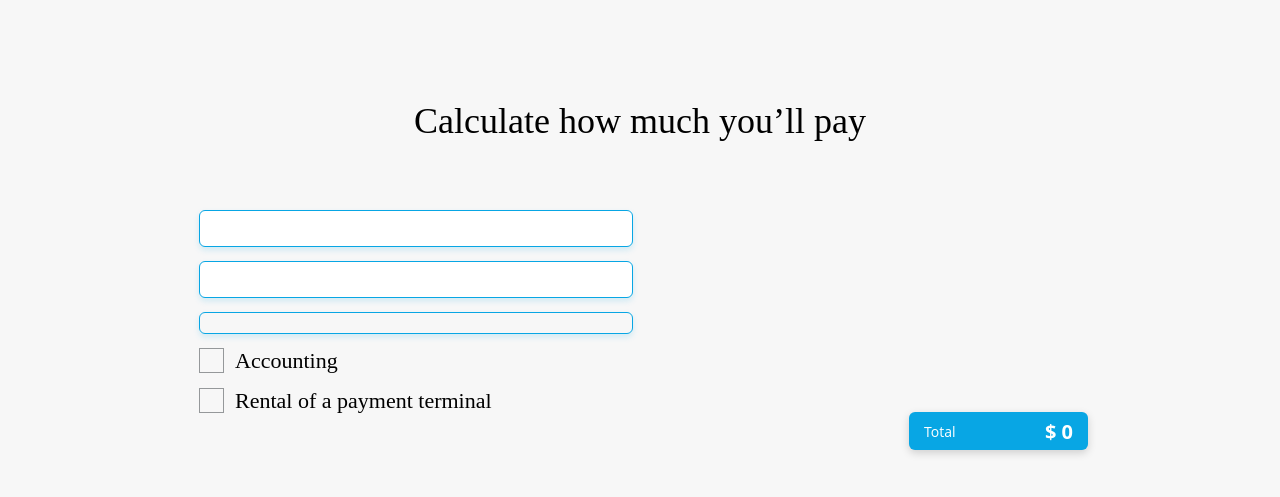
Repository: VolodymyrDubnytskyi/BestShop_project
Page: inedx2.html
An editor plug-in stored every save of this project. The page is shown before and after the next save, followed by the edit.
The browser window is 1280 px wide. The pictures show the whole page.

Above is the page before, as saved 2020-01-20 19:55:49.

### inedx2.html
<!DOCTYPE html>
<html lang="en">

<head>
    <meta charset="UTF-8">
    <meta name="viewport" content="width=device-width, initial-scale=1.0">
    <meta http-equiv="X-UA-Compatible" content="ie=edge">
    <title>Document</title>
    <link rel="stylesheet" href="css/style.css">

</head>

<body>
    <div class="calculate-bg">
        <section class="calculate-main">
            <h2 class="calculate-heading">Calculate how much you’ll pay</h2>
            <form action="" class="calculate-form">

                <div class="calculate-box calculate-box-inputs">
                    <input type="number" name="productsQuantity" id="quantity">
                    <input type="number" name="ordersInmonth" id="inMonth">
                    <div class="custom-select-box">
                        <select name="package" id="package" class="selcet-package" aria-placeholder="Products quantity">
                                <option class="disable-option" disabled selected> Choose package</option>
                                <option value="basic">Basic</option>
                                <option value="professional">Professional</option>
                                <option value="premium">Premium</option>
                        </select>
                    </div>

                    <label class="container-new-chekbox container-new-chekbox-accounting ">
                        <input type="checkbox" id="checkboxAccounting">
                        <span class="checkmark"></span>
                        Accounting
                    </label>
                    <label class="container-new-chekbox container-new-chekbox-rental">
                        <input type="checkbox" name="" id="checkboxRental">
                        <span class="checkmark"></span>
                        Rental of a payment terminal
                    </label>


                </div>
            </form>
            <div class="calculate-box calculate-box-value">
                <div id="valueProducts">
                    <span id="products"></span>
                    <span id="productsCalculate"></span>
                    <span id="productsSum"></span>
                </div>
                <div id="valueOrders">
                    <span class="orders"></span>
                    <span class="ordersCalculate"></span>
                    <span class="ordersSum"></span>
                </div>
                <div id="valuePackage">
                    <span class="selectPackage"></span>
                    <span class="selectPackageCalculate"></span>
                    <span class=' selectPackageSum'></span>
                </div>
                <div id="valueAccounting">
                    <span class="accounting"></span>
                    <span class="accountingSum"></span>
                </div>
                <div id="valueTerminal">
                    <span class="terminal"></span>
                    <span class="terminalSum"></span>
                </div>

                <button id="submit" class="btn-submit"> <span class="spant-total-btn">Total</span><span>$ <span  class="for-new-el">0</span> </span></button>
            </div>

        </section>

    </div>
    <script src="js/main.js"></script>
</body>

</html>

### css/style.css
* {
  box-sizing: border-box;
  text-decoration: none;
  margin: 0;
  padding: 0;
}

/* * HEADER SECTION */
header {
  background: url(../img/Background.png) no-repeat center bottom/contain;
  height: 912px;
  width: 100%;
  position: relative;
}
.navbar-container {
  display: flex;
  justify-content: space-between;
  align-items: center;
  height: 100%;
}
.container {
  max-width: 1354px;
  margin: auto;
}
.navbar {
  background: #fff;
  box-shadow: 0px 3px 6px #00000029;
  height: 70px;
  margin-bottom: 138px;
}
.ul-list-nav {
  display: flex;
}
.ul-list-nav li {
  margin: 0 47px;
}
.ul-list-nav li:last-child {
  margin-right: 0;
}
.ul-list-nav li a {
  font: Bold 11px/15px "Open Sans";
  letter-spacing: 3.28px;
  color: #a5a5a5;
  text-transform: uppercase;
  padding: 28px 0 25px 0;
}
.ul-list-nav li a:hover {
  border: none;
  border-bottom: 4px solid #08a6e4;
  color: #000;
}
.logo {
  text-align: left;
  font-size: 32px;
  font-family: "Raleway", sans-serif;
  letter-spacing: 0;
  color: #08a6e4;
  line-height: 38px;
}
/* toggle menu navbar */
.toggle-menu {
  display: none;
  cursor: pointer;
}
.toggle-menu span {
  width: 36px;
  height: 4px;
  background: #07ace6;
  display: block;
  margin-bottom: 8px;
  transition: 0.5s;
  position: relative;
}
.toggle-menu span:nth-child(1) {
  transform-origin: left;
}
.toggle-menu span:nth-child(2) {
  transform-origin: center;
}
.toggle-menu span:nth-child(3) {
  transform-origin: left;
}

.toggle-menu.active-toggle span:nth-child(1) {
  transform: rotate(45deg);
  left: 2px;
}
.toggle-menu.active-toggle span:nth-child(2) {
  transform: rotate(315deg);
  right: 2px;
}
.toggle-menu.active-toggle span:nth-child(3) {
  transform: scaleX(0);
}

.toggle-mobil-active {
  display: block;
  width: 100%;
  height: 176px;
  position: absolute;
  top: -999px;
  background: #ffffff 0% 0% no-repeat padding-box;
  box-shadow: 0px 3px 6px #00000029;
  transition-duration: 0.3s;
}
.toggle-mobil-active .toggle-list {
  display: flex;
  flex-direction: column;
  width: 100%;
  height: 100%;
  padding: 5%;
  letter-spacing: 3.28px;
}

.toggle-list li a {
  font: Bold 11px/15px "Open Sans";
  color: #a5a5a5;
  text-transform: uppercase;
  width: 100%;
  height: 100%;
  display: inline-block;
  padding: 7px 0;
}
.toggle-mobil-active .toggle-list li:hover a {
  color: #000000;
}

/* *Bg-img + h1 content */
.section-for-h1 {
  display: flex;
  justify-content: center;
  align-items: flex-start;
}
h1 {
  text-align: center;
  font: 49px/59px;
  font-size: 49px;
  line-height: 59px;
  font-weight: 550;
  font-family: "Raleway", sans-serif;
  letter-spacing: 0;
  color: #000000;
}
.text-under-h1-line {
  text-align: center;
  font: 400 16px/22px "Open Sans";
  letter-spacing: 0;
  color: #000000;
  margin: 20px 0 38px 0;
}
.open-your-shop-btn {
  background: #08a6e4 0% 0% no-repeat padding-box;
  box-shadow: 5px 10px 14px #07ace629;
  border-radius: 40px;
  font: Bold 16px/22px "Open Sans";
  letter-spacing: 0;
  color: #fff;
  padding: 23px 157px;
}
.open-your-shop-btn:hover {
  background: rgb(7, 134, 184);
  box-shadow: 5px 10px 14px rgba(5, 124, 167, 0.394);
}
/* bg-img */
.sales-platform {
  text-align: center;
  height: 454px;
}
.sales-platform-main-box {
  display: flex;
  justify-content: space-around;
  margin-top: 100px;
}
.sales-platform-boxes {
  position: relative;
  width: 167px;
  height: 176px;
}
.sales-platform-boxes * {
  padding: 10px;
}
.sales-platform-heading {
  flex-basis: 100%;
  text-align: center;
  font: 400 36px/43px "Raleway";
  letter-spacing: 0;
  color: #000000;
}

.circle {
  height: 62px;
  width: 62px;
  border-radius: 50%;
  margin: 10px auto;
}
.circle-red {
  background: #fb3b64 0% 0% no-repeat padding-box;
}
.circle-blue {
  background: #08a6e4 0% 0% no-repeat padding-box;
}
.circle-green {
  background: #55dfb4 0% 0% no-repeat padding-box;
}
/* icons absolute */
.img-absolut {
  position: absolute;
  right: 26px;
  top: 7px;
}
.absotul-img-mid {
  top: 12px;
}

.sales-platform-box-content {
  text-align: center;
  font: 400 17px/20px "Raleway";
  letter-spacing: 0;
  color: #a5a5a5;
}
/* Main */
main {
  background: #f7f7f7 0% 0% no-repeat padding-box;
  /* height: 1395px; */
}
main hr {
  width: 84%;
  height: 0px;
  margin-left: 35px;
}
main h2 {
  text-align: left;
  font: 550 36px/43px "Raleway";
  letter-spacing: 0;
  color: #000000;
}
main p {
  text-align: left;
  font: 400 16px/22px "Open Sans";
  letter-spacing: 0;
  color: #000000;
}
.main-content-boxes {
  height: 370px;
  width: 100%;
  display: flex;
  background-color: #fff;
  margin-bottom: 37px;
  border: 1px solid #e8e9ed;
  border-radius: 5px;
}
.main-content-boxes:last-child {
  margin: 0;
}
.main-content-container {
  max-width: 1354px;
  height: 100%;
  padding: 105px 115px;
}
.main-content-info-box {
  width: 50%;
}
.main-content-img-box {
  width: 50%;
  position: relative;
  display: flex;
  justify-content: center;
}
.rhombus-div {
  width: 180px;
  height: 180px;
  transform: matrix(0.71, 0.71, -0.71, 0.71, 0, 0);
  background: #fb3b64 0% 0% no-repeat padding-box;
  border-radius: 41px;
  margin-left: 229px;
  margin-top: 68px;
}
.main-content-info-box h2 {
  padding: 97px 0 0 35px;
}
.main-content-info-box p {
  padding: 30px 133px 50px 35px;
}
.main-content-img {
  position: absolute;
  bottom: 0;
  padding-bottom: 10%;
}
.hr-for-first-box {
  border: 4px solid #fb3b64;
}

/* Acrticle 2 in main ceontent */
.blue-circle {
  width: 320px;
  height: 320px;
  background: #07ace6 0% 0% no-repeat padding-box;
  border-radius: 50%;
}
.main-content-boxes .main-content-img-box:nth-child(1) {
  align-items: center;
  justify-content: center;
}
.main-content-img-phone {
  padding: 0;
}
h2.main-h2-second-arcticle {
  padding: 75px 198px 0 35px;
}
.hr-for-second-box {
  border: 4px solid #08a6e4;
}
/* LAST BOXES */
.main-content-boxes-split-for-two {
  background-color: #f7f7f7;
  border: none;
}
.maint-contet-last-box-one {
  width: 623px;
  height: 370px;
  margin-right: 70px;
  background-color: #fff;
  border: 1px solid #e8e9ed;
  border-radius: 5px;
}
.maint-contet-last-box-second {
  width: 440px;
  height: 370px;
  background-color: #fff;
  border: 1px solid #e8e9ed;
  border-radius: 5px;
  background: #55dfb4 0% 0%;
  display: flex;
  justify-content: center;
  align-items: center;
  background-image: url(../img/Trumpet.png);
  background-repeat: no-repeat;
  background-size: 290px 180px;
  background-position: center ;

}

.maint-contet-last-box-one > h2 {
  padding: 97px 159px 0 35px;
}
.maint-contet-last-box-one > p {
  padding: 30px 15px 40px 35px;
}
.maint-contet-last-box-one > hr {
  border: 4px solid #55dfb4;
}
/* FOOTER: SECTION WHITH PRICES AND FORM */
.pricing-section {
  text-align: center;
}
.pricing-section h2 {
  text-align: center;
  font: 400 36px/43px "Raleway";
  letter-spacing: 0;
  color: #000000;
  margin-top: 106px;
}
.pricing-box-main {
  display: flex;
  justify-content: space-around;
  align-items: center;
  height: 100%;
  margin-top: 50px;
}
.pricing-box-main .pricing-box:first-child {
  border: 1px solid #fb3b64;
}
.pricing-box-main .pricing-box:nth-child(2) {
  border: 1px solid #07ace6;
}
.pricing-box-main .pricing-box:last-child {
  border: 1px solid #55dfb4;
}
.pricing-box {
  height: 461px;
  width: 372px;
  border-radius: 18px;
  display: flex;
  flex-direction: column;
  justify-content: center;
  align-items: center;
  margin: 0 10px;
}
.pricing-box h3 {
  text-align: left;
  font: Bold 20px/41px "Raleway";
  letter-spacing: 0;
  color: #13253b;
}
.pricing-box h4 {
  text-align: left;
  font: 300 46px/41px "Open Sans";
  letter-spacing: 0;
  color: #fb3b64;
  margin: 15px 0 60px 0;
}
.pricing-box-professional h4 {
  color: #07ace6;
}
.pricing-box-premium h4 {
  color: #55dfb4;
}

.pricing-box-content::before,
.pricing-box-content-dont-ofer::before {
  content: "\f00c";
  font-size: 6px;
  font-weight: bold;
  font-family: "Font Awesome 5 Free";
  border: 1px solid #55dfb4;
  margin-right: 7px;
  padding: 2px;
  border-radius: 2px;
  color: #55dfb4;
}
.pricing-box-content-dont-ofer::before {
  content: "\f00d";
  border: 1px solid #eb476e;
  color: #eb476e;
}
.pricing-box-content {
  font: 400 14px/41px "Open Sans";
  letter-spacing: 0;
  color: #000000;
}
.pricing-box .heading-after-limited-offer::after {
  content: "limited ofer";
  font: Bold 12px/1px "Raleway";
  letter-spacing: 0;
  color: #13253b;
  display: block;
  margin-top: 7px;
}
.pricing-box-professional {
  height: 500px;
  width: 405px;
  box-shadow: 5px 10px 27px #07ace629;
}
.pricing-box-professional:hover {
  box-shadow: 5px 10px 34px rgba(6, 125, 169, 0.401);
}
.pricing-box-main .pricing-box-basic:hover {
  box-shadow: 0px 5px 15px #fb3b64;
}
.pricing-box-main .pricing-box-premium:hover {
  box-shadow: 0px 5px 15px #55dfb4;
}
.begin-links {
  text-align: left;
  font: Bold 13px/41px "Open Sans";
  letter-spacing: 0;
  color: #ffffff;
  background: #eb476e;
  border-radius: 23px;
  width: 150px;
  padding: 2px;
  text-align: center;
  position: relative;
  top: 40px;
}
.begin-links-professional {
  top: 59px;
  background: #07ace6;
  box-shadow: 5px 10px 14px #07ace629;
}
.begin-links-premium {
  background: #55dfb4;
}

.pricing-box-heading {
  display: flex;
  justify-content: center;
  align-items: center;
  flex-direction: column;
}
.pricing-container-for-content {
  display: flex;
  flex-direction: column;
  justify-content: center;
  align-items: center;
}
.begin-links-basic:hover {
  background: linear-gradient(rgb(184, 56, 86), #eb476e);
}
.begin-links-professional:hover {
  background: linear-gradient(rgb(5, 111, 150), #07ace6);
}
.begin-links-premium:hover {
  background: linear-gradient(rgb(61, 165, 132), #55dfb4);
}

/* * FORM AND CONTACT SECTION */
.form-main {
  height: 721px;
  display: flex;
  justify-content: center;
  align-items: center;
}
.form-and-questions-box {
  display: flex;
  width: 896px;
}
.questions-box {
  display: flex;
  flex-wrap: wrap;
  flex-basis: 50%;
  height: 210px;
}
.form-box {
  flex-basis: 50%;
}
.form-box form {
  flex-basis: 50%;
  display: flex;
  flex-direction: column;
}
.questions-box h2 {
  font: 550 49px/59px "Raleway";
  letter-spacing: 0;
  color: #000000;
  margin-bottom: 22px;
  flex-basis: 100%;
}
.questions-box p {
  font: 500 16px/22px "Open Sans";
  letter-spacing: 0;
  color: #000000;
  margin-bottom: 42px;
  flex-basis: 100%;
}
.questions-box span {
  font: 500 16px/22px "Open Sans";
  letter-spacing: 0;
  color: #a5a5a5;
  display: flex;
  justify-content: center;
  align-items: center;
}
.questions-box .mail-icon::before {
  content: url(../img/Mail\ Icon.svg);
  padding-right: 12px;
}
.questions-box .phone-icon::before {
  content: url(../img/Phone\ Icon.svg);
  padding-right: 10px;
  margin-left: 24px;
}
/* Form */
form input:nth-child(2n) {
  padding: 20px;
  border: none;
  border-bottom: 1px solid #95989a;
  margin-bottom: 35px;
}
.i-agree-terms {
  display: flex;
}
.container-new-chekbox {
  display: block;
  position: relative;
  margin-right: 35px;
  margin-bottom: 12px;
  cursor: pointer;
  font-size: 22px;
  user-select: none;
}
.container-new-chekbox input {
  position: absolute;
  opacity: 0;
  cursor: pointer;
  height: 0;
  width: 0;
}
.checkmark {
  position: absolute;
  top: 0;
  left: 0;
  height: 25px;
  width: 25px;
  border: 1px solid #95989a;
}
.checkmark:after {
  content: "";
  position: absolute;
  display: none;
}
.container-new-chekbox input:checked ~ .checkmark:after {
  display: block;
}
.container-new-chekbox .checkmark:after {
  left: 4px;
  top: 4px;
  width: 70%;
  height: 70%;
  background: url(../img/Checkmark.svg) no-repeat center/cover;
}
.i-agree-terms div {
  text-align: left;
  font: 400 12px/17px "Open Sans";
  letter-spacing: 0;
  color: #707070;
}
.lables {
  text-align: left;
  font: Bold 11px/15px "Open Sans";
  letter-spacing: 3.28px;
  color: #08a6e4;
  text-transform: uppercase;
}

.btn-send {
  box-shadow: 5px 10px 14px #07ace629;
  border-radius: 35px;
  background: #08a6e4;
  padding: 20px 97px;
  font: Bold 13px/18px "Open Sans";
  letter-spacing: 0;
  color: #fff;
  border: none;
  margin-top: 25px;
  position: relative;
}
.btn-send:hover {
  background: linear-gradient(90deg, rgba(2, 0, 36, 1) 0%, rgba(9, 9, 121, 1) 4%, rgba(8, 166, 228, 1) 100%);
}
.loading {
  display: inline-block;
  width: 40px;
  height: 40px;
  border: 6px solid #fff;
  border-top-color: #08a6e4;
  border-left-color: #08a6e4;
  border-radius: 50%;
  position: absolute;
  top: 20%;
  left: 41%;
  transform: translate(30%, 50%);
  animation: circle 0.9s linear infinite;
}
@keyframes circle {
  0% {
    transform: rotate(0deg);
  }
  100% {
    transform: rotate(360deg);
  }
}
.button-box {
  display: flex;
  justify-content: flex-end;
}
.social-networks-main {
  width: 100%;
  height: 89px;
  background: #f7f7f7;
  box-shadow: 0px -5px 40px #00000029;
}
.social-networks-box {
  height: 100%;
  display: flex;
  justify-content: space-between;
  align-items: center;
}
.logo-footer {
  font: 300 26px/31px "Raleway";
}
.social-networks-logo > p {
  font: 400 11px/15px "Open Sans";
  letter-spacing: 0;
  color: #a5a5a5;
  margin-top: 6px;
}
.social-networks-links a:first-child {
  margin-right: 20px;
}
.social-networks-links a:hover {
  cursor: pointer;
}

/* ///////////////////////////////////////////// */

.calculate-bg {
  background: #f7f7f7;
  display: flex;
  justify-content: center;
  align-items: center;
  height: 550px;
}
.calculate-main {
  display: flex;
  justify-content: center;
  align-items: center;
  flex-wrap: wrap;
  flex-basis: 70%;
  position: relative;
  height: 350px;
}
.calculate-form {
  display: flex;
  flex-basis: 50%;
  height: 100%;
}
.calculate-heading {
  flex-basis: 100%;
  margin-bottom: 60px;
  text-align: center;
  font: 500 36px/43px "Raleway";
  letter-spacing: 0;
  color: #000000;
}
.calculate-box {
  flex-basis: 50%;
  display: flex;
  flex-direction: column;
  background: #f7f7f7;
}
.calculate-box-value {
  height: 100%;
  padding-left: 50px;
}
.calculate-box-inputs {
  flex-basis: 100%;
  position: relative;
}
.calculate-form .calculate-box-inputs input,
.calculate-form .calculate-box-inputs .custom-select-box {
  margin: 7px;
  padding: 10px;
  border: 1px solid #08a6e4;
  box-shadow: 0px 3px 6px #08a6e429;
  border-radius: 6px;
}
.calculate-form .calculate-box-inputs div {
  margin: 7px;
}
.calculate-form .calculate-box-inputs select {
  margin: 0;
  width: 100%;
  outline: none;
}

.calculate-box-value div {
  display: none;
  justify-content: space-between;
  align-items: center;
  background: #55dfb4;
  box-shadow: 0px 3px 6px #00000029;
  border-radius: 6px;
  margin: 3px;
  padding: 10px;
  height: 32px;
  border: none;
  font: 400 14px/19px "Open Sans";
  letter-spacing: 0;
  color: #ffffff;
}
.btn-submit {
  background: #08a6e4;
  box-shadow: 0px 3px 8px #00000029;
  border-radius: 6px;
  border: none;
  width: 179px;
  height: 38px;
  position: absolute;
  right: 0;
  bottom: 0;
  display: flex;
  justify-content: space-between;
  align-items: center;
  padding: 5px 15px;
}
.btn-submit span {
  font: 400 14px/19px "Open Sans";
  letter-spacing: 0;
  color: #ffffff;
}
.btn-submit span:last-child {
  font: Bold 20px/27px "Open Sans";
}

.calculate-box .container-new-chekbox {
  margin: 7px;
  padding-left: 36px;
}
.selcet-package {
  display: none;
  /* background-image: url(../img/Arrow\ Down.svg);
  background-repeat: no-repeat;
  background-size: 4%;
  background-position-x: 97%;
  background-position-y: 45%;
  -webkit-appearance: none;
  cursor: pointer; */
}
.select-package-container{
  -webkit-appearance: none;
  cursor: pointer;
}

.selcet-package option {
  display: none;
}
.selcet-package-activ-arrow {
  background-image: url(../img/method-draw-image.svg);
}

.disable-option span {
  font: 400 13px/18px "Open Sans";
  letter-spacing: 0;
  color: #a5a5a5;
}

#valueProducts {
  display: none;
}

/*
 */

.select-option-custome {
  position: absolute;
  background: #ffffff;
  box-shadow: 0px 3px 6px #eb476e29;
  border: 1px solid #eb476e;
  border-radius: 6px;
  width: 97%;
  height: 105px;
  z-index: 2;
  display: flex;
  flex-direction: column;
  bottom: 83px;
  text-align: left;
  font: 400 13px/18px "Open Sans";
  letter-spacing: 0;
  color: #000000;
}
.select-option-custome .span-select {
  padding: 8px;
  cursor: pointer;
  /* display: block; */
}
.select-option-custome .span-select:hover {
  background-color: #eb476d1d;
}
/* main rwd */
/* rwd nav */
@media(min-width:1800px){
  header{
    height: 1200px;
  }
}
@media (max-width: 1200px) {
  .ul-list-nav li {
    margin: 0 27px;
  }
  .main-content-container {
    padding: 30px;
  }
}
@media (max-width: 978px) {
  .main-content-img {
    transform: scale(0.7);
  }
  .rhombus-div {
    margin-left: 86px;
    margin-top: 126px;
    width: 127px;
    height: 127px;
  }
  .main-content-info-box h2 {
    padding: 131px 0 0 20px;
  }
  .main-content-info-box p {
    padding: 20px 12px 20px 20px;
  }
  .main-content-info-box hr {
    margin-left: 20px;
  }
  .blue-circle {
    width: 220px;
    height: 220px;
  }

  .main-content-info-box .main-h2-second-arcticle {
    padding: 50px 15px 15px 5px;
  }
  .main-content-info-box .main-h2-second-arcticle {
    padding: 50px 15px 15px 5px;
  }
  .main-content-info-box .second-arcticle-p {
    padding: 20px 15px 20px 5px;
  }
  .main-content-info-box .hr-for-second-box {
    margin-left: 5px;
  }
  .main-content-boxes-split-for-two .maint-contet-last-box-one {
    margin: 0;
  }
  .main-content-boxes-split-for-two .maint-contet-last-box-one h2 {
    padding: 52px 99px 0 15px;
  }
  .main-content-boxes-split-for-two .maint-contet-last-box-one p {
    padding: 30px 15px 20px 15px;
  }
  .main-content-boxes-split-for-two .maint-contet-last-box-one hr {
    margin-left: 15px;
  }
  .form-and-questions-box {
    padding: 0 20px;
  }
}
@media (max-width: 800px) {
  .ul-list-nav {
    display: none;
  }
  .toggle-menu {
    display: block;
    margin-right: 5%;
  }
  .logo {
    margin-left: 4%;
  }
  .social-networks-links{
    margin-right: 4%;
  }
  .section-for-h1 {
    padding-top: 249px;
  }
  .navbar {
    position: absolute;
    width: 100%;
    top: 0;
    z-index: 2;
    margin-bottom: 0;
  }
  .social-networks-logo p {
    margin-left: 5%;
  }
}
@media (max-width: 660px) {
  header {
    height: 800px;
  }
  .open-your-shop-btn {
    padding: 20px 127px;
  }

  /* main */
  .main-content-boxes{
    height: 480px;
    width: 90%;
    flex-direction: column;
    margin: auto;
    margin-bottom: 30px;
  }
  .main-content-info-box{
    height: 50%;
    width: 100%;
    padding: 15px;
    padding-top: 0;
  }
  .main-content-info-box hr,
  .hr-for-third-box {
    display: none;
  }
  .main-content-info-box h2{
    padding: 0 20px;
  }
  .main-content-img-box {
    height: 50%;
    width: 100%;
    padding: 15px;
    bottom: -20px
  }
  .main-content-boxes .main-content-img-box:nth-child(1){
    bottom: auto;
  }
  .main-content-img{
    transform: scale(0.5);
  }
  /* BE ALWAYS FRIST SECTION LAPTOP IMG */
  .main-content-boxes-laptop{
    flex-direction: column-reverse;
  }
  .main-content-boxes-laptop .main-content-info-box {
    display: flex;
    flex-direction: column;
    justify-content: flex-end;
    padding: 15px;
  }
  .main-content-boxes-laptop .main-content-img{
    padding: 0;
    bottom: 0;
  }
  .rhombus-div{
    margin-top: 0;
  }

  /* YOR SHOP IS WHERE YOU ARE SECTION PHONE IMG */
  .blue-circle{
       width: 160px;
       height: 160px;
  }
  .main-content-img-phone{
    bottom: auto;
  }
  .main-content-info-box .main-h2-second-arcticle {
    padding: 10px 20px;
  }
  .main-content-info-box .second-arcticle-p{
    padding: 0 20px ;
  }

  /* INCREASW RECOGNITION YOUR BRAND SECTION */
  .main-content-boxes.main-content-boxes-split-for-two{
    margin: auto;
    height: 600px;
  }
  .maint-contet-last-box-one{
    width: 100%;
    padding: 15px;
    height: 58%;
  }
  .maint-contet-last-box-second{
    width: 100%;
    height: 42%;
  }
  .maint-contet-last-box-second{
    background-size: 300px 220px;
    background-position: center 45px;
  }


  /* form-and-questions-section */
  .form-and-questions-box{
    flex-direction: column;
  }
  .questions-box{
    margin-bottom: 40px;
  }

  .questions-box .mail-icon,
  .questions-box .phone-icon{
    flex-basis: 100%;
    justify-content: flex-start;
  }
  .questions-box .phone-icon::before{
    margin: 0;
  }

  /*  */
  .pricing-box-main {
    flex-direction: column;
  }
  .pricing-box {
    flex-direction: row;
    margin: 16px;
    height: 283px;
    width: 340px;
    position: relative;
  }
  .pricing-box-basic {
  }
  .pricing-box-professional {
    width: 400px;
    height: 311px;
  }
  .pricing-box-premium {
  }
  .begin-links {
    position: absolute;
    bottom: -20px;
    top: auto;
  }
  .pricing-box-heading {
    flex-basis: 50%;
  }
  .pricing-container-for-content {
    flex-basis: 50%;
    align-items: flex-start;
  }
  footer{
    margin-bottom: 50px;
  }
  .btn-send{
    padding: 14px 81px;
  }
}
@media (max-width:480px){
  /* SALES PLATROFRM SECTION */
  .sales-platform{
    height: auto ;
  }
  .sales-platform-main-box{
    flex-direction: column;
    align-items: center;
  }
  .sales-platform-boxes{
    margin: 10px 0;
  }
  .main-content-info-box h2{
    font: 549 26px/34px "Raleway";
  }
 .rhombus-div{
   width: 100px;
   height: 100px;
   margin-top: 25px;
 }
 .main-content-img{
   transform:scale(0.4);
 }
 .blue-circle{
   width:  120px ;
   height: 120px ;
  }
  .maint-contet-last-box-one > h2{

  }
  .main-content-boxes-split-for-two .maint-contet-last-box-one h2{
    font: 549 26px/34px "Raleway";
    padding: 20px 15px;
  }
  .pricing-box{
    width: 300px;
    height: 265px;
}
  .pricing-box-professional{
    width:340px ;
    height:265px ;
    margin: 20px 16px;
  }

}

Loaded but not shown: js/main.js (207 lines, source omitted)

After the next save:
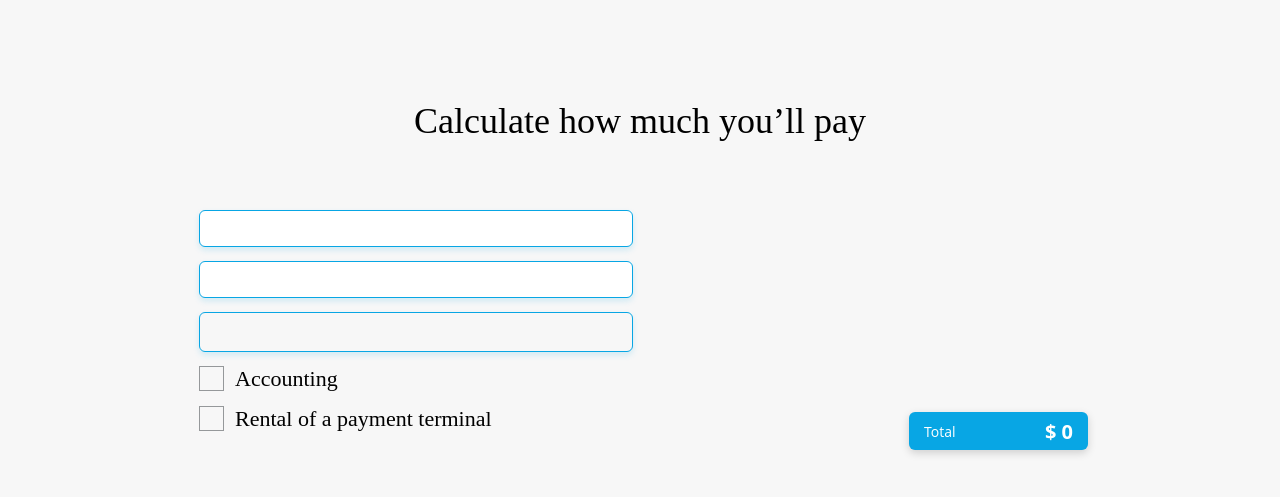
Saved 2 min 26 s later.
--- a/css/style.css
+++ b/css/style.css
@@ -789,13 +789,6 @@ form input:nth-child(2n) {
 }
 .selcet-package {
   display: none;
-  /* background-image: url(../img/Arrow\ Down.svg);
-  background-repeat: no-repeat;
-  background-size: 4%;
-  background-position-x: 97%;
-  background-position-y: 45%;
-  -webkit-appearance: none;
-  cursor: pointer; */
 }
 .select-package-container{
   -webkit-appearance: none;
@@ -807,6 +800,9 @@ form input:nth-child(2n) {
 }
 .selcet-package-activ-arrow {
   background-image: url(../img/method-draw-image.svg);
+}
+.custom-select-box{
+  height: 40px;
 }
 
 .disable-option span {
